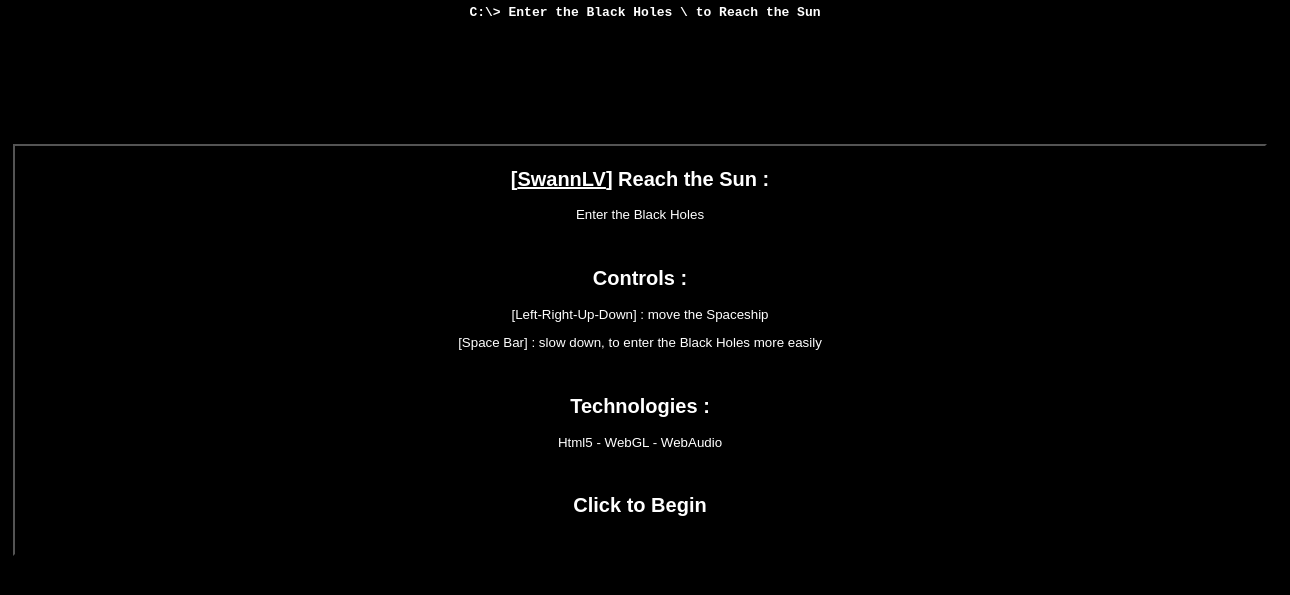
Repository: SwannLV/reach-the-sun
Page: Index.html
The author's editor kept a record of every edit. The page is drawn from the files as they stood at one moment, then again after the next edit.
The browser window is 1280 px wide. The page is 1290 px wide, so the pictures cover 1290 px, including what lies to the right of the window. The pictures show the whole page.
Some web libraries are served in a nearby version.

Above is the page before.
Console error: ReferenceError: THREE is not defined

### Index.html
<!DOCTYPE html>
<html lang="en">

    <head>
        <title>SwannLV</title>
        <meta charset="utf-8">
        <meta name="viewport" content="width=device-width, user-scalable=no, minimum-scale=1.0, maximum-scale=1.0">
        <style>
            body {
                color: #ffffff;
                font-family:Monospace;
                font-size:13px;
                text-align:center;
                font-weight: bold;
                background-color: #000000;
                margin: 0px;
                overflow: hidden;
            }
            #info {
                position: absolute;
                top: 0px;
                width: 100%;
                padding: 5px;
            }
            #start {
                position: absolute;
                top: 20%;
                left: 1%;
                width: 98%;
                padding: 5px;
            }
            #end {
                position: absolute;
                top: 50%;
                left: 0%;
                width: 100%;
                height: 20%;
                padding: 5px;
                display: none;
            }
            #infoMusic {
                position: absolute;
                bottom: 0px;
                right: 5px;
                padding: 5px;
            }
            #ongoing
            {
                position: absolute;
                top: 0px;
                right: 5px;
                padding: 5px;
                color: #ff0000;
            }
            a {
                color: #ffffff;
            }
        </style>
        <script type="text/javascript">
          var _gaq = _gaq || [];
          _gaq.push(['_setAccount', 'UA-36066678-1']);
          _gaq.push(['_trackPageview']);
          (function() {
            var ga = document.createElement('script'); ga.type = 'text/javascript'; ga.async = true;
            ga.src = ('https:' == document.location.protocol ? 'https://ssl' : 'http://www') + '.google-analytics.com/ga.js';
            var s = document.getElementsByTagName('script')[0]; s.parentNode.insertBefore(ga, s);
          })();
        </script>
        <script src="//ajax.googleapis.com/ajax/libs/jquery/1.8.3/jquery.min.js"></script>
    </head>

    <body>
        <div id="container"></div>
        <div id="info">
            C:\> Enter the Black Holes \ to Reach the Sun
        </div>

        <button id="start" style="background-color:black; color:white;">
            <h2>[<a href="http://ca.linkedin.com/in/swannlv" target="_blank">SwannLV</a>] Reach the Sun :</h2>
            <p>Enter the Black Holes</p><br/>
            <h2>Controls :</h2>
            <p>[Left-Right-Up-Down] : move the Spaceship</p>
            <p>[Space Bar] : slow down, to enter the Black Holes more easily</p><br/>
            <h2>Technologies :</h2>
            <p>Html5 - WebGL - WebAudio</p><br/>
            <h2>Click to Begin</h2>
            <br/>
        </button>
        <button id="end" style="background-color:black; color:white;">C:\> GAME OVER</button>

        <!--<div id="ongoing">-->
        <!--    <h3>Ongoing project</h3>-->
        <!--</div>-->
        <!--<div id="infoMusic">-->
        <!--    Music | Boris Banzo-->
        <!--</div>-->


        <script src="libs/three.min.js"></script>
        <script src='libs/THREEx.KeyboardState.js'></script>
        <script src="libs/shaders/ConvolutionShader.js"></script>
        <script src="libs/shaders/CopyShader.js"></script>
        <script src="libs/shaders/FilmShader.js"></script>
        <script src="libs/postprocessing/EffectComposer.js"></script>
        <script src="libs/postprocessing/ShaderPass.js"></script>
        <script src="libs/postprocessing/MaskPass.js"></script>
        <script src="libs/postprocessing/RenderPass.js"></script>
        <script src="libs/postprocessing/BloomPass.js"></script>
        <script src="libs/postprocessing/FilmPass.js"></script>
        <script src="libs/ImprovedNoise.js"></script>
        <script src="libs/Visualiser.js"></script>
        <script src="libs/Detector.js"></script>
        <script src="libs/stats.min.js"></script>
        <script src="libs/buffer-loader.js"></script>

        <script id="sunFragmentShader" type="x-shader/x-fragment">
            uniform float time;
            uniform vec2 resolution;
            uniform float fogDensity;
            uniform vec3 fogColor;
            uniform sampler2D texture1;
            uniform sampler2D texture2;
            varying vec2 vUv;

            void main(void) {
                vec2 position = -1.0 + 2.0 * vUv;
                vec4 noise = texture2D(texture1, vUv);
                vec2 T1 = vUv + vec2(1.5, - 1.5) * time * 0.02;
                vec2 T2 = vUv + vec2(-0.5, 2.0) * time * 0.01;

                T1.x += noise.x * 2.0;
                T1.y += noise.y * 2.0;
                T2.x -= noise.y * 0.2;
                T2.y += noise.z * 0.2;
                float p = texture2D(texture1, T1 * 2.0).a;
                vec4 color = texture2D(texture2, T2 * 2.0);
                vec4 temp = color * (vec4(p, p, p, p) * 2.0) + (color * color - 0.1);
                if (temp.r > 1.0) {
                    temp.bg += clamp(temp.r - 2.0, 0.0, 100.0);
                }
                if (temp.g > 1.0) {
                    temp.rb += temp.g - 1.0;
                }
                if (temp.b > 1.0) {
                    temp.rg += temp.b - 1.0;
                }
                gl_FragColor = temp;
                float depth = gl_FragCoord.z / gl_FragCoord.w;
                const float LOG2 = 1.442695;
                float fogFactor = exp2(-fogDensity * fogDensity * depth * depth * LOG2);
                fogFactor = 0.001; //1.0 - clamp( fogFactor, 0.0, 1.0 );
                gl_FragColor = mix(gl_FragColor, vec4(fogColor, gl_FragColor.w), fogFactor);
            }
        </script>

        <script id="sunVertexShader" type="x-shader/x-vertex">
            uniform vec2 uvScale;
            varying vec2 vUv;

            void main() {
                vUv = uvScale * uv;
                vec4 mvPosition = modelViewMatrix * vec4(position, 1.0);
                gl_Position = projectionMatrix * mvPosition;
            }
        </script>

        <script src="Game.js"></script>
    </body>

</html>

### libs/postprocessing/EffectComposer.js
/**
 * @author alteredq / http://alteredqualia.com/
 */

THREE.EffectComposer = function ( renderer, renderTarget ) {

    this.renderer = renderer;

	this.renderTarget1 = renderTarget;

	if ( this.renderTarget1 === undefined ) {

		var width = window.innerWidth || 1;
		var height = window.innerHeight || 1;

		this.renderTargetParameters = { minFilter: THREE.LinearFilter, magFilter: THREE.LinearFilter, format: THREE.RGBFormat, stencilBuffer: false };
		this.renderTarget1 = new THREE.WebGLRenderTarget( width, height, this.renderTargetParameters );

	}

	this.renderTarget2 = this.renderTarget1.clone();

	this.writeBuffer = this.renderTarget1;
	this.readBuffer = this.renderTarget2;

	this.passes = [];

	if ( THREE.CopyShader === undefined )
		console.error( "THREE.EffectComposer relies on THREE.CopyShader" );

	this.copyPass = new THREE.ShaderPass( THREE.CopyShader );

};

THREE.EffectComposer.prototype = {

	swapBuffers: function() {

		var tmp = this.readBuffer;
		this.readBuffer = this.writeBuffer;
		this.writeBuffer = tmp;

	},

	addPass: function ( pass ) {

		this.passes.push( pass );

	},

	render: function ( delta ) {

		this.writeBuffer = this.renderTarget1;
		this.readBuffer = this.renderTarget2;

		var maskActive = false;

		var pass, i, il = this.passes.length;

		for ( i = 0; i < il; i ++ ) {

			pass = this.passes[ i ];

			if ( !pass.enabled ) continue;

			pass.render( this.renderer, this.writeBuffer, this.readBuffer, delta, maskActive );

			if ( pass.needsSwap ) {

				if ( maskActive ) {

					var context = this.renderer.context;

					context.stencilFunc( context.NOTEQUAL, 1, 0xffffffff );

					this.copyPass.render( this.renderer, this.writeBuffer, this.readBuffer, delta );

					context.stencilFunc( context.EQUAL, 1, 0xffffffff );

				}

				this.swapBuffers();

			}

			if ( pass instanceof THREE.MaskPass ) {

				maskActive = true;

			} else if ( pass instanceof THREE.ClearMaskPass ) {

				maskActive = false;

			}

		}

	},

	reset: function ( renderTarget ) {

		this.renderTarget1 = renderTarget;

		if ( this.renderTarget1 === undefined ) {

			this.renderTarget1 = new THREE.WebGLRenderTarget( window.innerWidth, window.innerHeight, this.renderTargetParameters );

		}

		this.renderTarget2 = this.renderTarget1.clone();

		this.writeBuffer = this.renderTarget1;
		this.readBuffer = this.renderTarget2;

	}

};

// shared ortho camera

THREE.EffectComposer.camera = new THREE.OrthographicCamera( -1, 1, 1, -1, 0, 1 );

THREE.EffectComposer.quad = new THREE.Mesh( new THREE.PlaneGeometry( 2, 2 ), null );

THREE.EffectComposer.scene = new THREE.Scene();
THREE.EffectComposer.scene.add( THREE.EffectComposer.quad );

Loaded but not shown: libs/THREEx.KeyboardState.js (library); Game.js (710 lines, source omitted); libs/three.min.js (empty); libs/shaders/ConvolutionShader.js (empty); libs/shaders/CopyShader.js (empty); libs/shaders/FilmShader.js (empty); libs/postprocessing/ShaderPass.js (empty); libs/postprocessing/MaskPass.js (empty); libs/postprocessing/RenderPass.js (empty); libs/postprocessing/BloomPass.js (empty); libs/postprocessing/FilmPass.js (empty); libs/ImprovedNoise.js (empty); libs/Visualiser.js (empty); libs/Detector.js (empty); libs/stats.min.js (empty); libs/buffer-loader.js (empty)

After the next edit:
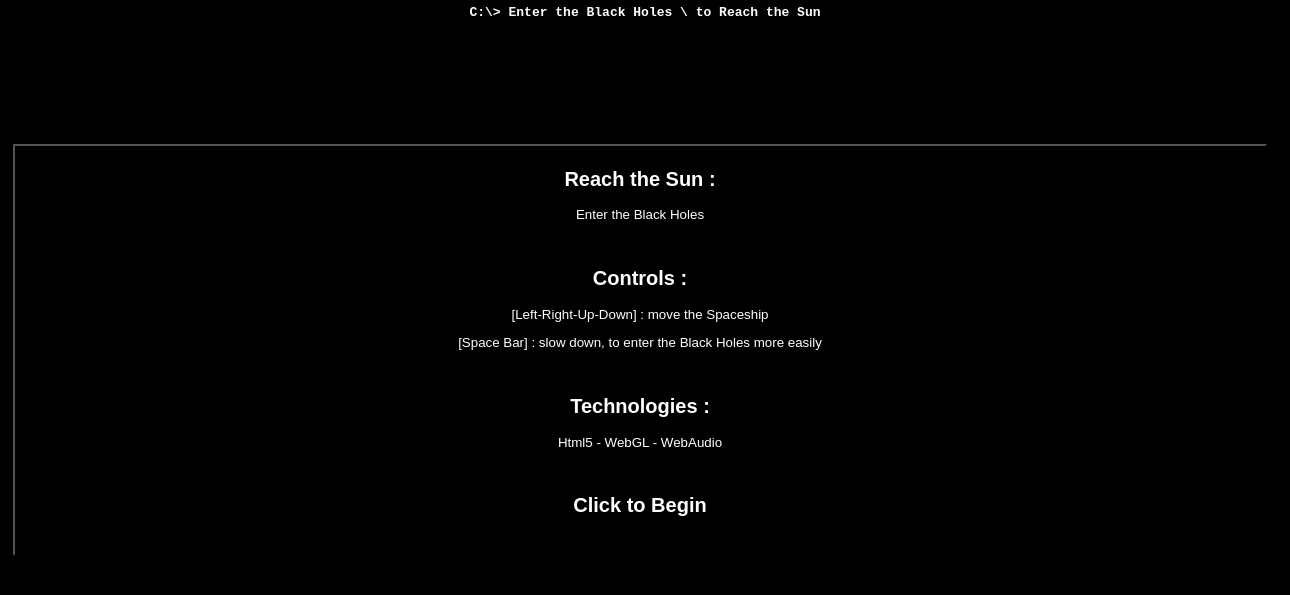
The edit:
--- a/Index.html
+++ b/Index.html
@@ -76,7 +76,7 @@
         </div>
 
         <button id="start" style="background-color:black; color:white;">
-            <h2>[<a href="http://ca.linkedin.com/in/swannlv" target="_blank">SwannLV</a>] Reach the Sun :</h2>
+            <h2>Reach the Sun :</h2>
             <p>Enter the Black Holes</p><br/>
             <h2>Controls :</h2>
             <p>[Left-Right-Up-Down] : move the Spaceship</p>
